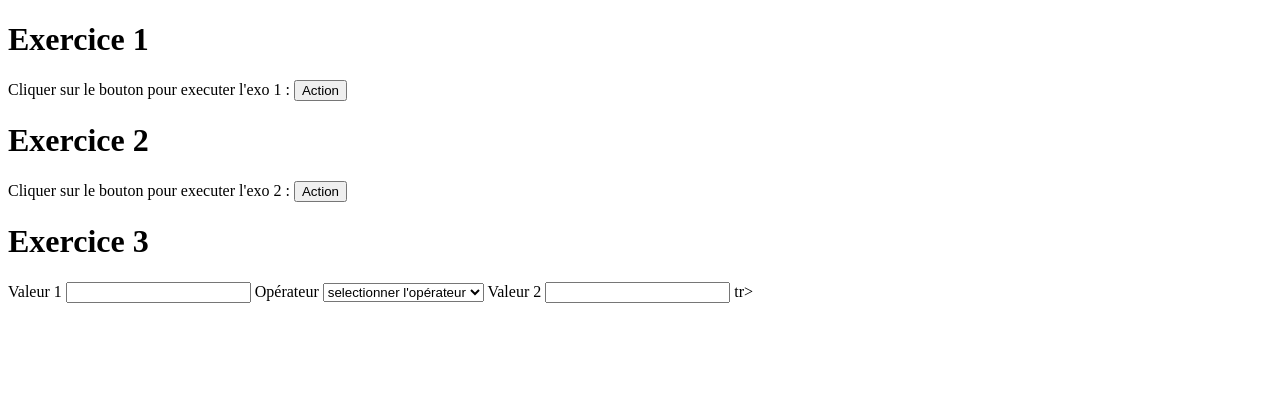
Repository: AgatheLM/formation_js
Page: insee-travaux-js/insee-client-js/exo1.html
An editor plug-in stored every save of this project. The page is shown before and after the next save, followed by the edit.
The browser window is 1280 px wide. The pictures show the whole page.

Above is the page before, as saved 2018-01-24 11:37:30.

After the next save:
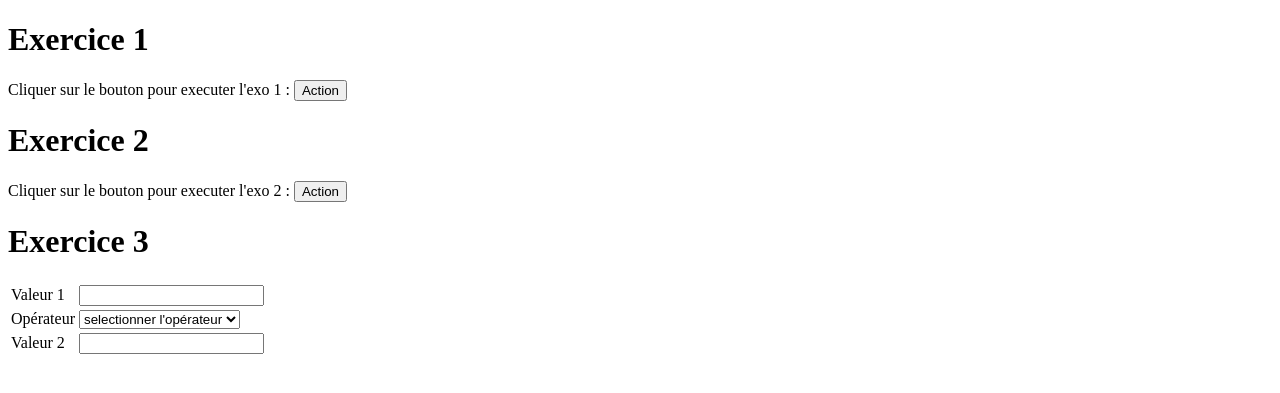
Saved 33 s later.
--- a/insee-travaux-js/insee-client-js/exo1.html
+++ b/insee-travaux-js/insee-client-js/exo1.html
@@ -8,41 +8,40 @@
 </head>
 <body>
 
-	<h1> Exercice 1 </h1>
+	<h1>Exercice 1</h1>
 	<form action="">
 		Cliquer sur le bouton pour executer l'exo 1 : <input type="button"
 			value="Action" onclick="main()" />
 	</form>
 
-	<h1> Exercice 2 </h1>
+	<h1>Exercice 2</h1>
 	<form action="">
 		Cliquer sur le bouton pour executer l'exo 2 : <input type="button"
 			value="Action" onclick="main_exo2()" />
 	</form>
 
-	<h1> Exercice 3 </h1>
+	<h1>Exercice 3</h1>
 	<form action="">
+		<table>
 			<tr>
-				<td><label  for="val1"> Valeur 1 </td>
-				<td><input type="text" name="val1" id="val1" /> </td>
+				<td><label for="val1"> Valeur 1 </td>
+				<td><input type="text" name="val1" id="val1" /></td>
 			</tr>
 			<tr>
-				<td><label for="operateur" > Opérateur </td>
+				<td><label for="operateur"> Opérateur </td>
 				<td><select name="operateur" id="operateur">
-						<option value="none"> selectionner l'opérateur </option>
-						<option value="+"> + </option>
-						<option value="-"> - </option>
-						<option value="*"> * </option>
-						<option value="/"> / </option>
-					</select>
-			</td>
+						<option value="none">selectionner l'opérateur</option>
+						<option value="+">+</option>
+						<option value="-">-</option>
+						<option value="*">*</option>
+						<option value="/">/</option>
+				</select></td>
 			</tr>
 			<tr>
-				<td><label for="val2"  /> Valeur 2 </td>
-				<td><input type="text" name="val2" id="val2" /> </td>
-			</tr>tr>
-
-
+				<td><label for="val2" /> Valeur 2</td>
+				<td><input type="text" name="val2" id="val2" /></td>
+			</tr>
+		</table>
 
 
 	</form>
